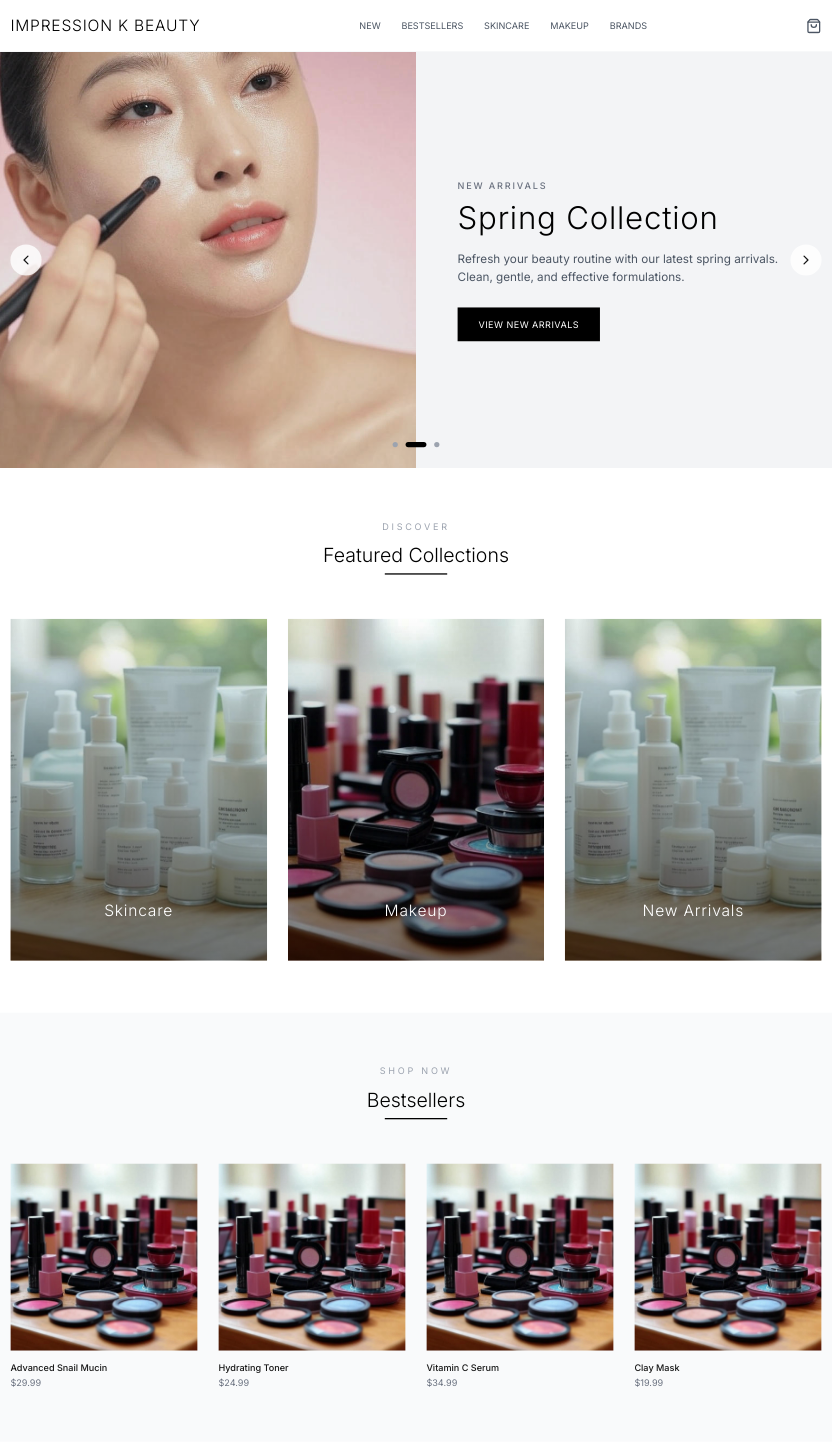
Repository: Innovate-X-ab/ImpresionKBeauty
Page: /
These files come from the project's save history. The page is drawn as it stood at one moment and after the next save; the edit follows.
The browser window is 1280 px wide. The pictures show the whole page, at 65% of full size.
The project was rebuilt for these pictures with package versions that can differ from the ones it lists, and the page was loaded fresh each time. The framework's server and built-in components were replaced by stand-ins that run in the browser. Also part of the build but not shown: next.config.ts.

Above is the page before, as saved 2025-02-23 08:18:54.

After the next save:
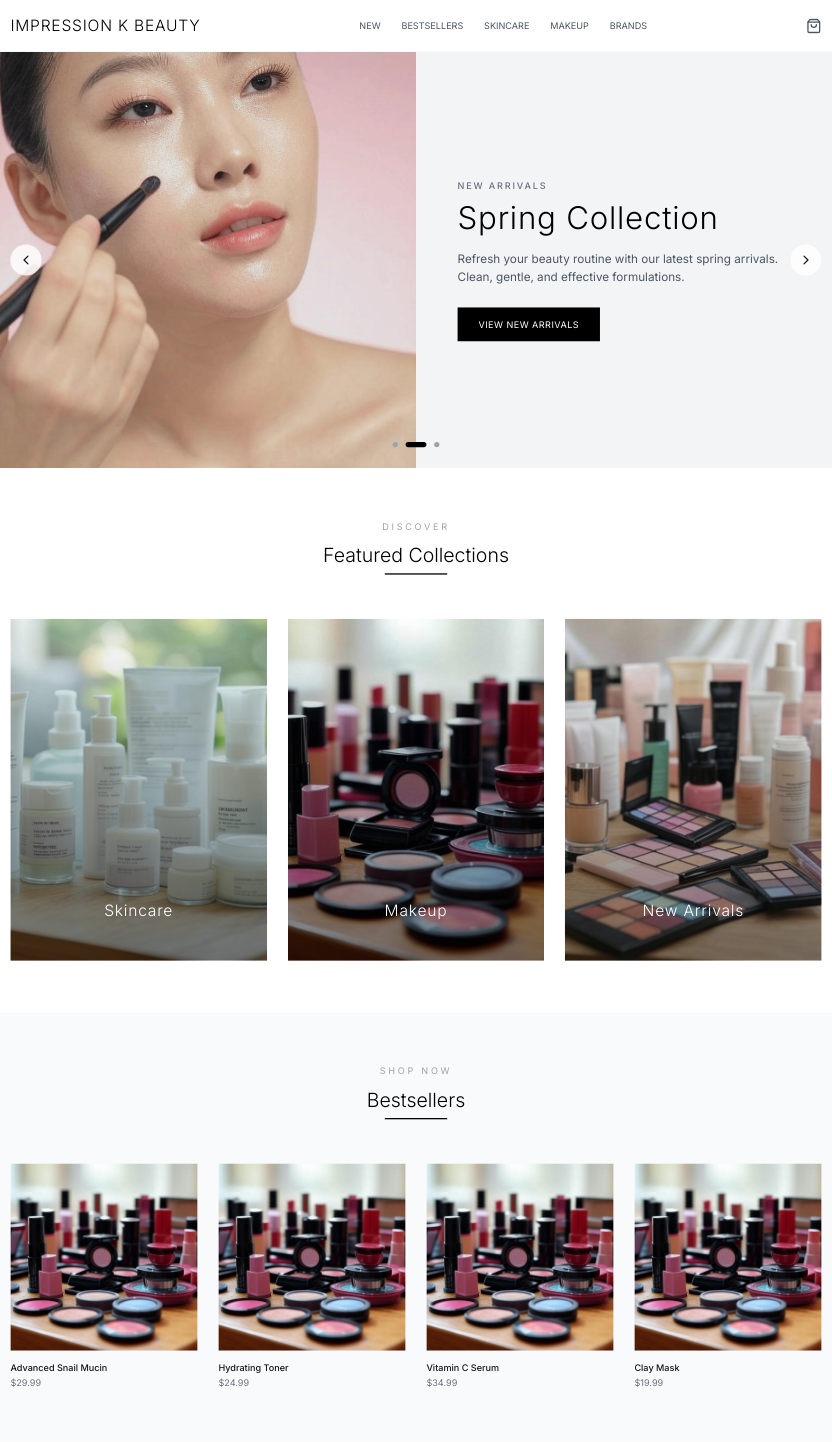
Saved 119 s later.
--- a/src/components/layout/FeaturedProducts.tsx
+++ b/src/components/layout/FeaturedProducts.tsx
@@ -23,7 +23,7 @@ export default function FeaturedProducts() {
             {[
               { title: 'Skincare', image: '/images/placeholder-600x800.jpg', description: 'Discover radiant skin' },
               { title: 'Makeup', image: '/images/placeholder-400x400.jpg', description: 'Enhance your beauty' },
-              { title: 'New Arrivals', image: '/images/placeholder-600x800.jpg', description: 'Latest innovations' }
+              { title: 'New Arrivals', image: '/images/placeholder-300x300.jpg', description: 'Latest innovations' }
             ].map((collection, index) => (
               <Link href={`/collections/${collection.title.toLowerCase()}`} key={index} className="group">
                 <div className="relative aspect-[3/4] overflow-hidden">
